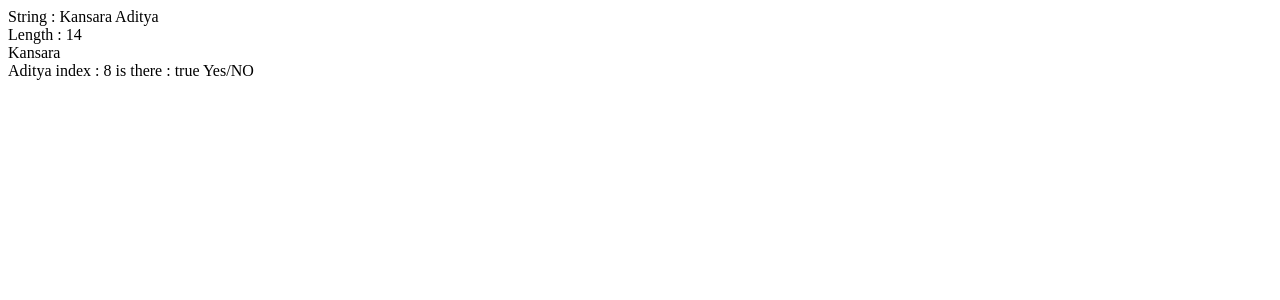
Repository: adityakansara1/JavaContent
Page: http://localhost/DemoJSPDataBase/display2.jsp
These files come from the project's save history. The page is drawn as it stood at one moment and after a run of saves; the edit follows.
The browser window is 1280 px wide. The pictures show the whole page.
The page is served by Tomcat 9.

Above is the page before, as saved 2020-08-10 07:45:38.

After the next 2 saves:
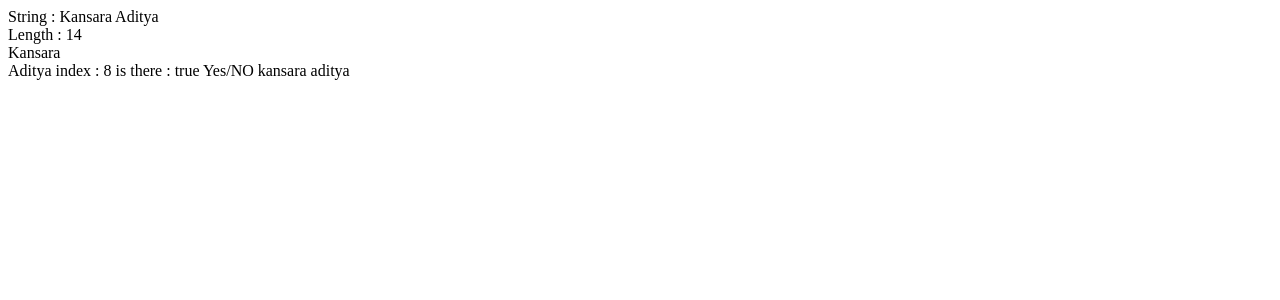
The 2 saves are shown as one change because 1 did not build or start.
The last was saved 59 s later.
--- a/DemoJSPDataBase/WebContent/display2.jsp
+++ b/DemoJSPDataBase/WebContent/display2.jsp
@@ -26,5 +26,7 @@
 	<c:if test="${fn:contains(string,'Ad')}">
 		Yes/NO
 	</c:if>
+
+	${fn:toLowerCase(string)}
 </body>
 </html>
